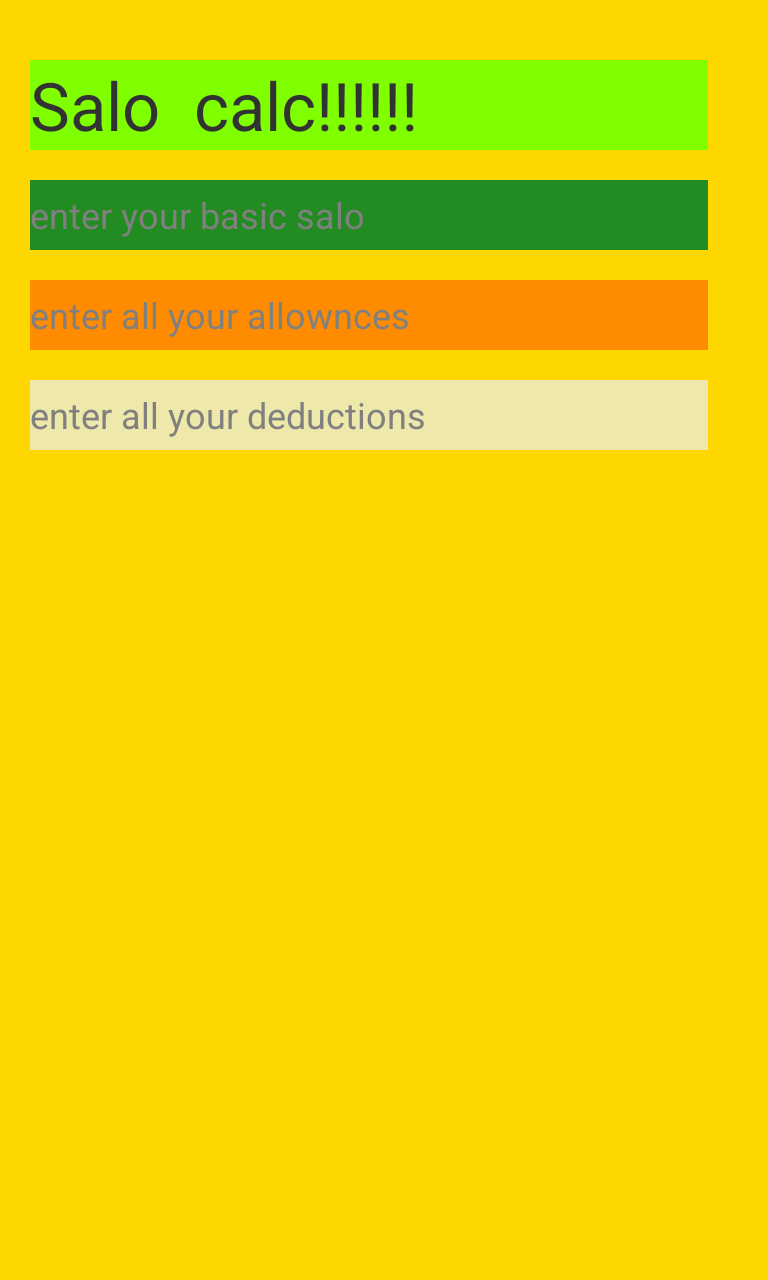
Repository: njiiriJohnii/Android-projects
Layout: salo/res/layout/activity_main.xml
These files come from the project's save history. The layout is drawn as it stood at one moment and after the next save; the edit follows.
It is drawn on a 768 x 1280 px phone screen (xhdpi) without system bars, with theme AppTheme; the app's code is not run.

Above is the layout before, as saved 2014-05-29 19:30:00.

After the next save:
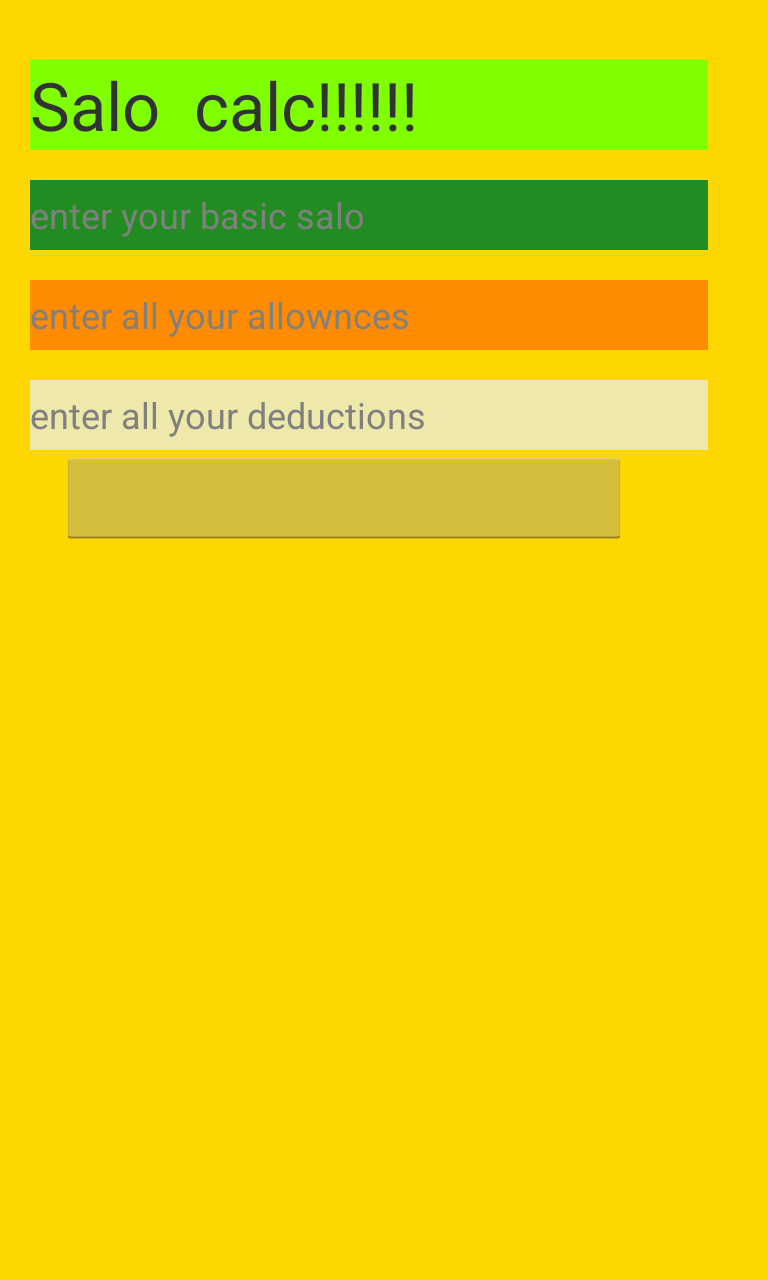
Saved 3 min 50 s later.
--- a/salo/res/layout/activity_main.xml
+++ b/salo/res/layout/activity_main.xml
@@ -52,5 +52,13 @@
         android:height="35dp"
         android:hint="enter all your deductions" >
     </EditText>
+    <Button
+        android:id="@id+/btncalc"
+        android:layout_width="fill_parent"
+        android:layout_height="wrap_content"
+        android:layout_marginLeft="30dp"
+        android:layout_marginRight="70dp"
+
+        />
 
 </LinearLayout>
